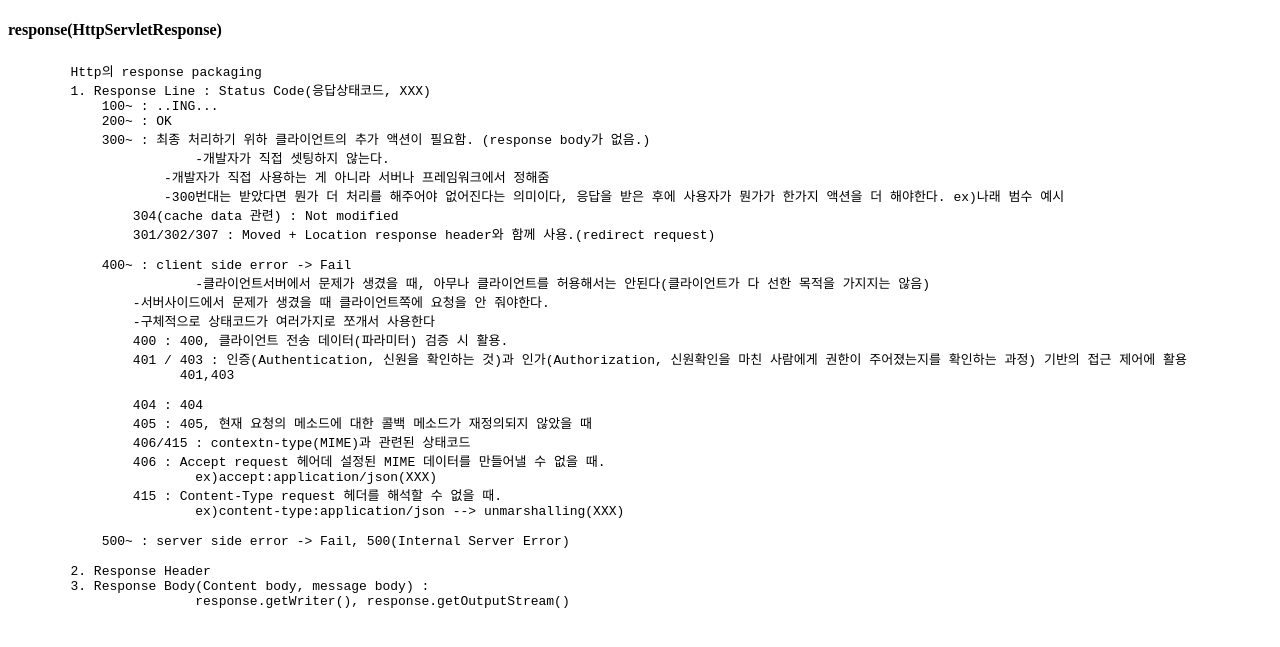
Repository: YOUNARAE/JSP
Page: http://localhost/WebStudy01/05/responseDesc.jsp
These files come from the project's save history. The page is drawn as it stood at one moment and after a run of saves; the edit follows.
The browser window is 1280 px wide. The pictures show the whole page.
The page is served by Tomcat 9. Other server files are loaded and not shown.

Above is the page before, as saved 2022-12-13 06:24:19.

### WebStudy01/src/main/webapp/05/responseDesc.jsp
<%@page import="javax.print.attribute.HashPrintServiceAttributeSet"%>
<%@ page language="java" contentType="text/html; charset=UTF-8"
    pageEncoding="UTF-8"%>
<!DOCTYPE html>
<html>
<head>
<meta charset="UTF-8">
<title>05/responseDesc.jsp</title>
</head>
<body>
<h4>response(HttpServletResponse)</h4>
<pre>
	Http의 response packaging
	1. Response Line : Status Code(응답상태코드, XXX)
	    100~ : ..ING...
	    200~ : OK
	    300~ : 최종 처리하기 위하 클라이언트의 추가 액션이 필요함. (response body가 없음.)
	    		-개발자가 직접 셋팅하지 않는다.
	            -개발자가 직접 사용하는 게 아니라 서버나 프레임워크에서 정해줌
	            -300번대는 받았다면 뭔가 더 처리를 해주어야 없어진다는 의미이다, 응답을 받은 후에 사용자가 뭔가가 한가지 액션을 더 해야한다. ex)나래 범수 예시
	        304(cache data 관련) : Not modified
	        301/302/307 : Moved + Location response header와 함께 사용.(redirect request)
	        <%--
//	        	request.getRequestDispatcher("/04/messageView.jsp").forward(request, response); // 서버 내에서 이동
//				절대경로, 서버사이드,
 				String location = request.getContextPath()+"/04/messageView.jsp";
 	        	response.sendRedirect(location); //서버 밖에서 이동해야하기때문에 클라이언트로부터 새로운 요청이 발생.
	        --%>
	    400~ : client side error -> Fail
			-클라이언트서버에서 문제가 생겼을 때, 아무나 클라이언트를 허용해서는 안된다(클라이언트가 다 선한 목적을 가지지는 않음)
	    	-서버사이드에서 문제가 생겼을 때 클라이언트쪽에 요청을 안 줘야한다.
	    	-구체적으로 상태코드가 여러가지로 쪼개서 사용한다
	    	400 : <%=HttpServletResponse.SC_BAD_REQUEST %>, 클라이언트 전송 데이터(파라미터) 검증 시 활용.
	    	401 / 403 : 인증(Authentication, 신원을 확인하는 것)과 인가(Authorization, 신원확인을 마친 사람에게 권한이 주어졌는지를 확인하는 과정) 기반의 접근 제어에 활용
	    	      <%=HttpServletResponse.SC_UNAUTHORIZED %>,<%=HttpServletResponse.SC_FORBIDDEN %>

	    	404 : <%=HttpServletResponse.SC_NOT_FOUND %>
	    	405 : <%=HttpServletResponse.SC_METHOD_NOT_ALLOWED %>, 현재 요청의 메소드에 대한 콜백 메소드가 재정의되지 않았을 때
	    	406/415 : contextn-type(MIME)과 관련된 상태코드
	    	<%=HttpServletResponse.SC_NOT_ACCEPTABLE %> : Accept request 헤어데 설정된 MIME 데이터를 만들어낼 수 없을 때.
	    		ex)accept:application/json(XXX)
	    	<%=HttpServletResponse.SC_UNSUPPORTED_MEDIA_TYPE %> : Content-Type request 헤더를 해석할 수 없을 때.
	    		ex)content-type:application/json --> unmarshalling(XXX)

	    500~ : server side error -> Fail, 500(Internal Server Error)

	2. Response Header
	3. Response Body(Content body, message body) :
			response.getWriter(), response.getOutputStream()

</pre>
</body>
</html>

After the next 2 saves:
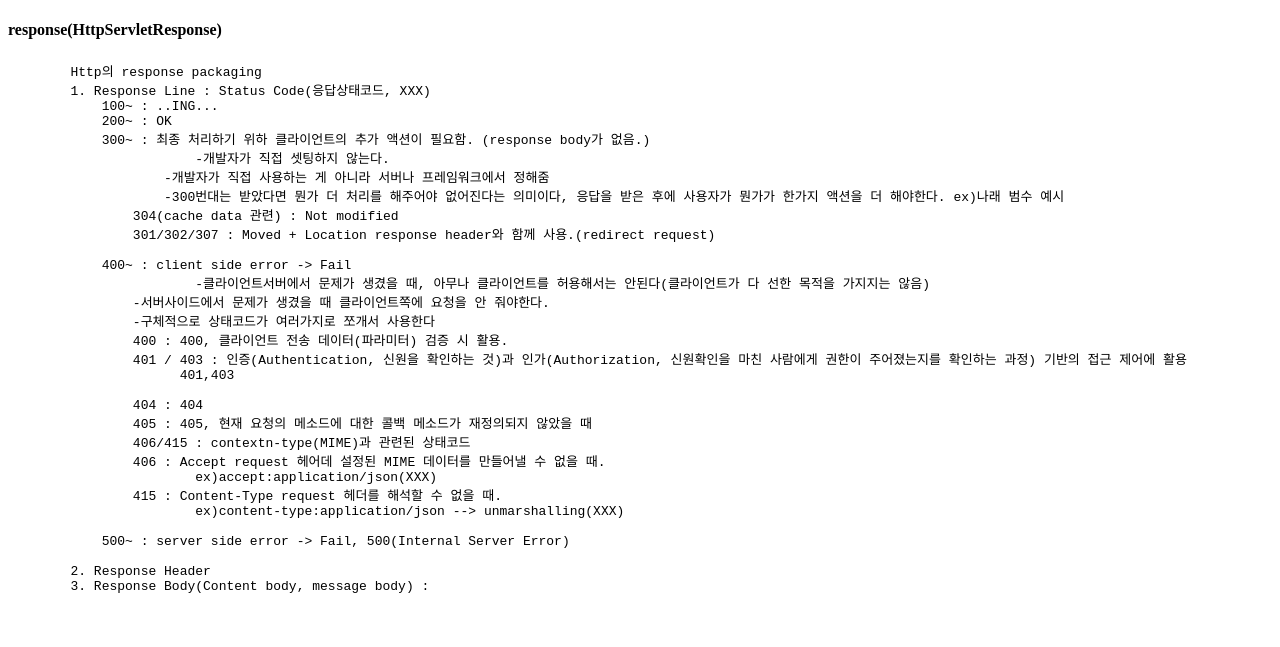
The 2 saves are shown as one change because 1 did not build or start.
The last was saved 15 min 21 s later.
--- a/WebStudy01/src/main/webapp/05/responseDesc.jsp
+++ b/WebStudy01/src/main/webapp/05/responseDesc.jsp
@@ -46,7 +46,7 @@
 
 	2. Response Header
 	3. Response Body(Content body, message body) :
-			response.getWriter(), response.getOutputStream()
+			<%--response.getWriter(), response.getOutputStream() , <%= %>, out -->--%>
 
 </pre>
 </body>
